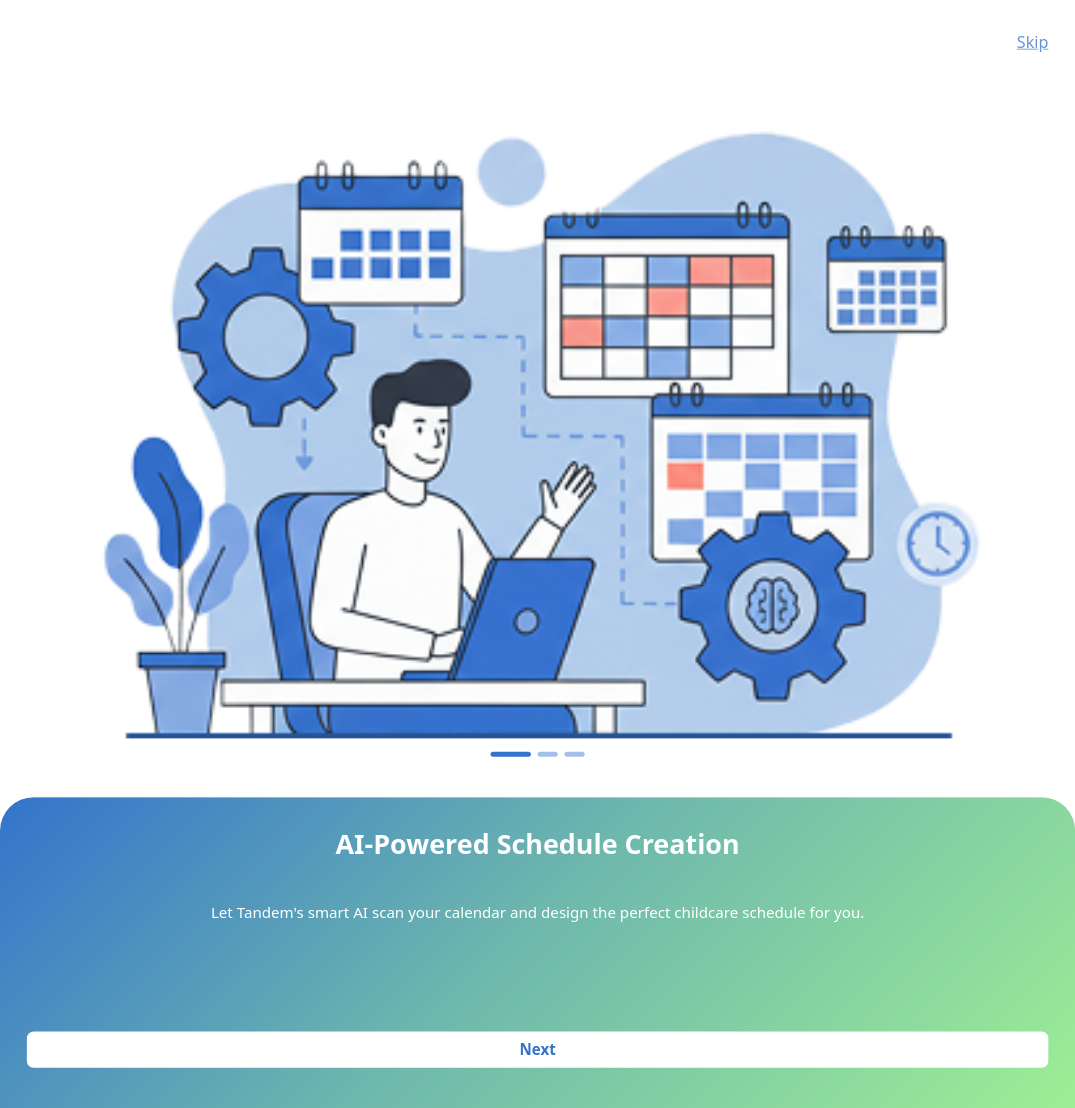
Repository: IDSP-TRADECARE/Tandem
Page: /boarding/features
The author's editor kept a copy of each file at every save. The page is drawn from the files as they stood at one save, then again after a run of saves.
The browser window is 1280 px wide. The pictures show the whole page, at 84% of full size.
The page's requests for data from a server got no answer. Some web fonts or font styles are not loaded; a fallback is used. The project was rebuilt for these pictures with package versions that can differ from the ones it lists, and the page was loaded fresh each time. Some packages were replaced by stand-ins written for this rebuild. The framework's server and built-in components were replaced by stand-ins that run in the browser. No one was signed in, and anything a server would have sent is missing. Also part of the build but not shown: next.config.ts, src/app/components/auth/AuthGuard.tsx.

Above is the page before, as saved 2025-11-23 00:28:52.

### src/app/layout.tsx
/* eslint-disable @next/next/no-page-custom-font */
import { ClerkProvider } from '@clerk/nextjs'
import { SocketProvider } from '@/lib/socket/SocketContext'
import './globals.css'
import type { Metadata } from "next";
import { AuthWrapper } from './components/auth/AuthWrapper';


export const metadata: Metadata = {
  title: "Tandem",
  description: "Share childcare with your community",
  icons: {
    icon: 'brand/logoColor.svg',
  },
};

export default function RootLayout({
  children,
}: Readonly<{
  children: React.ReactNode;
}>) {
  return (
    <ClerkProvider>
      <html lang="en">
        <head>
          {/* Omnes Pro from Adobe Fonts */}
          <link rel="stylesheet" href="https://use.typekit.net/pku8yek.css" />

          {/* Alan Sans from Google Fonts */}
          <link rel="preconnect" href="https://fonts.googleapis.com" />
          <link rel="preconnect" href="https://fonts.gstatic.com" crossOrigin="anonymous" />
          <link href="https://fonts.googleapis.com/css2?family=Alan+Sans:wght@300..900&display=swap" rel="stylesheet" />
        </head>
        <body className="antialiased">
          <SocketProvider>
            <AuthWrapper>
              {children}
            </AuthWrapper>
          </SocketProvider>
        </body>
      </html>
    </ClerkProvider>
  )
}

### src/app/boarding/features/page.tsx
"use client";
import { useState } from "react";
import { useRouter } from "next/navigation";
import styles from "./features.module.css";

const features = [
    {
        id: 1,
        title: "AI-Powered Schedule Creation",
        description:
            "Let Tandem's smart AI scan your calendar and design the perfect childcare schedule for you.",
        imgSrc: "/boarding/Graphic-ai-powered-feature1.png",
    },
    {
        id: 2,
        title: "Seamless Nanny Booking",
        description:
            "Effortlessly discover and book reliable nannies tailored to your family's needs.",
        imgSrc: "/boarding/Seamless-nanny-booking-feature2.png",
    },
    {
        id: 3,
        title: "Intelligent Nanny Sharing",
        description:
            "Team up with nearby families to share trusted nannies, cutting costs while building lasting connections.",
        imgSrc: "/boarding/Intelligent-nanny-sharing-feature3.png",
    },
];

export default function FeaturesPage() {
    const [currentIndex, setCurrentIndex] = useState(0);
    const router = useRouter();

    const handleNext = () => {
        if (currentIndex < features.length - 1) {
            setCurrentIndex(currentIndex + 1);
        } else {
            router.push("./sign-up");
        }
    };

    const handleSkip = () => {
        router.push("./sign-up");
    };

    const handlePrevious = () => {
        if (currentIndex > 0) {
            setCurrentIndex(currentIndex - 1);
        }
    };

    const currentFeature = features[currentIndex];
    const showPrevious = currentIndex > 0;

    return (
        <div className={styles.container}>
            <button
                className={styles.skipButton}
                onClick={handleSkip}
            >
                Skip
            </button>

            <div className={styles.imageSection}>
                <div className={styles.imageContainer}>
                    <img
                        src={currentFeature.imgSrc}
                        alt={`Feature ${currentFeature.id}`}
                    />
                </div>
                <div className={styles.progressDots}>
                    {features.map((_, index) => (
                        <div
                            key={index}
                            className={`${styles.dot} ${
                                index === currentIndex ? styles.active : ""
                            }`}
                        />
                    ))}
                </div>
            </div>

            <div className={styles.contentButtons}>
                <div className={styles.content}>
                    <h1 className={styles.title}>{currentFeature.title}</h1>
                    <p className={styles.description}>
                        {currentFeature.description}
                    </p>
                </div>
                <div className={styles.navigationButtons}>
                    {showPrevious && (
                        <button
                            className={styles.previousButton}
                            onClick={handlePrevious}
                        >
                            Previous
                        </button>
                    )}
                    <button
                        className={styles.nextButton}
                        onClick={handleNext}
                    >
                        Next
                    </button>
                </div>
            </div>
        </div>
    );
}

### src/lib/socket/SocketContext.tsx
'use client';

import { createContext, useContext, useEffect, useState } from 'react';
import { io, Socket } from 'socket.io-client';
import { ClientToServerEvents, ServerToClientEvents } from './types';

type TypedSocket = Socket<ServerToClientEvents, ClientToServerEvents>;

interface SocketContextType {
  socket: TypedSocket | null;
  isConnected: boolean;
}

const SocketContext = createContext<SocketContextType>({
  socket: null,
  isConnected: false,
});

export function SocketProvider({ children }: { children: React.ReactNode }) {
  const [socket, setSocket] = useState<TypedSocket | null>(null);
  const [isConnected, setIsConnected] = useState(false);

  useEffect(() => {
    const socketUrl = process.env.NEXT_PUBLIC_SOCKET_URL || 'http://localhost:3001';

    console.log('Connecting to Socket.IO server:', socketUrl);

    const socketInstance: TypedSocket = io(socketUrl, {
      transports: ['websocket', 'polling'],
    });

    socketInstance.on('connect', () => {
      console.log('✅ Socket connected:', socketInstance.id);
      setIsConnected(true);
    });

    socketInstance.on('disconnect', () => {
      console.log('❌ Socket disconnected');
      setIsConnected(false);
    });

    socketInstance.on('connect_error', (error) => {
      console.error('Socket connection error:', error);
      setIsConnected(false);
    });

    setSocket(socketInstance);

    return () => {
      socketInstance.disconnect();
    };
  }, []);

  return (
    <SocketContext.Provider value={{ socket, isConnected }}>
      {children}
    </SocketContext.Provider>
  );
}

export const useSocket = () => useContext(SocketContext);

### src/app/globals.css
@import "tailwindcss";

@theme {
  /* Font families */
  --font-family-alan: "Alan Sans", sans-serif;
  --font-family-omnes: "omnes-pro", sans-serif;

  /* Primary Colors */
  --color-primary: #3373cc;
  --color-primary-lighter: #a3c0e8;
  --color-primary-light: #91b3e3;
  --color-primary-light-hover: #91b3e3;
  --color-primary-light-active: #7aa4de;
  --color-primary-hover: #2b62ad;
  --color-primary-active: #255495;
  --color-primary-dark: #122847;
  --color-primary-dark-hover: #0d1d33;
  --color-primary-dark-active: #060d16;

  /* Secondary Colors */
  --color-secondary: #92f189;
  --color-secondary-lighter: #cef9ca;
  --color-secondary-light: #c4f7bf;
  --color-secondary-light-hover: #c4f7bf;
  --color-secondary-light-active: #b8f6b2;
  --color-secondary-hover: #7ccd74;
  --color-secondary-active: #6bb064;
  --color-secondary-dark: #335430;
  --color-secondary-dark-hover: #253c22;
  --color-secondary-dark-active: #101b0f;

  /* Analogous Colors */
  --color-analogous: #68d5ff;
  --color-analogous-lighter: #bbecff;
  --color-analogous-light: #ade8ff;
  --color-analogous-light-hover: #ade8ff;
  --color-analogous-light-active: #9de4ff;
  --color-analogous-hover: #58b5d9;
  --color-analogous-active: #4c9bba;
  --color-analogous-dark: #244b59;
  --color-analogous-dark-hover: #1a3540;
  --color-analogous-dark-active: #0b171c;

  /* Success */
  --color-success: #95b548;

  /* Warning */
  --color-warning: #d78f26;

  /* Error */
  --color-error: #c43535;

  /* Neutral Colors */
  --color-neutral-50: #e6e6e8;
  --color-neutral-100: #b0b0b8;
  --color-neutral-200: #8a8a96;
  --color-neutral-300: #545466;
  --color-neutral-400: #333349;
  --color-neutral-500: #00001b;
  --color-neutral-600: #000019;
  --color-neutral-700: #000013;
  --color-neutral-800: #00000f;
  --color-neutral-900: #00000b;
}

@layer base {
  :root {
    /* Semantic mappings for shadcn */
    --background: 0 0% 100%;
    --foreground: var(--color-neutral-500);
    --card: 0 0% 100%;
    --card-foreground: var(--color-neutral-500);
    --popover: 0 0% 100%;
    --popover-foreground: var(--color-neutral-500);
    --primary-foreground: 0 0% 98%;
    --secondary-foreground: var(--color-neutral-500);
    --muted: var(--color-neutral-50);
    --muted-foreground: var(--color-neutral-300);
    --accent: var(--color-analogous-light);
    --accent-foreground: var(--color-neutral-500);
    --destructive: var(--color-error);
    --destructive-foreground: 0 0% 98%;
    --border: var(--color-neutral-100);
    --input: var(--color-neutral-100);
    --ring: var(--color-primary);
    --radius: 0.5rem;
    --gradient-primary: linear-gradient(135deg, #3373CC 0%, #6DB6AE 46%, #9DEE95 100%);
  }

  .dark {
    --background: var(--color-neutral-500);
    --foreground: 0 0% 98%;
    --card: var(--color-neutral-400);
    --card-foreground: 0 0% 98%;
    --popover: var(--color-neutral-400);
    --popover-foreground: 0 0% 98%;
    --primary-foreground: var(--color-neutral-500);
    --secondary-foreground: 0 0% 98%;
    --muted: var(--color-neutral-300);
    --muted-foreground: var(--color-neutral-100);
    --accent: var(--color-analogous-dark);
    --accent-foreground: 0 0% 98%;
    --destructive-foreground: 0 0% 98%;
    --border: var(--color-neutral-300);
    --input: var(--color-neutral-300);
    --ring: var(--color-primary-light);
    --gradient-primary: linear-gradient(135deg, #3373CC 0%, #6DB6AE 46%, #9DEE95 100%);
  }

  /* Font utilities */
  .font-alan {
    font-family: var(--font-family-alan);
    font-optical-sizing: auto;
  }

  .font-omnes {
    font-family: var(--font-family-omnes);
  }
}

/* FullCalendar Custom Styles */
.fullcalendar-container {
  font-family: inherit;
}

.fc {
  font-size: 14px;
}

.fc .fc-toolbar-title {
  font-size: 1.5rem;
  font-weight: 700;
  color: var(--color-primary);
}

.fc .fc-button {
  background-color: var(--color-primary);
  border-color: var(--color-primary);
  color: white;
  border-radius: 8px;
  padding: 6px 12px;
  font-weight: 600;
}

.fc .fc-button:hover {
  background-color: var(--color-primary-hover);
  border-color: var(--color-primary-hover);
}

.fc .fc-button-active {
  background-color: var(--color-primary-dark);
  border-color: var(--color-primary-dark);
}

.fc .fc-col-header-cell {
  background-color: var(--color-neutral-50);
  padding: 12px;
  font-weight: 600;
  color: var(--color-primary);
}

.fc .fc-daygrid-day-number {
  font-weight: 600;
  color: var(--color-primary);
  padding: 8px;
}

.fc .fc-daygrid-day.fc-day-today {
  background-color: var(--color-primary-lighter) !important;
}

.fc .fc-event {
  border-radius: 6px;
  padding: 4px 6px;
  font-size: 12px;
  font-weight: 600;
  cursor: pointer;
}

.fc .fc-timegrid-event {
  border-radius: 6px;
  padding: 4px;
}

.fc .fc-timegrid-slot {
  height: 3em;
}

.fc .fc-scrollgrid {
  border-color: var(--neutral-100) !important;
}

@layer utilities {
  .bg-gradient-primary {
    background: var(--gradient-primary);
  }
}

### src/app/components/auth/AuthWrapper.tsx
'use client';

import { usePathname } from 'next/navigation';
import { AuthGuard } from './AuthGuard';

export function AuthWrapper({ children }: { children: React.ReactNode }) {
  const pathname = usePathname();

  // Routes that don't require authentication
  const publicRoutes = ['/boarding/features', '/sign-in', '/sign-up'];
  const isPublicRoute = pathname === '/' || publicRoutes.some(route => pathname?.startsWith(route));

  if (isPublicRoute) {
    return <>{children}</>;
  }

  return <AuthGuard>{children}</AuthGuard>;
}

### src/app/boarding/features/features.module.css
.container {
    min-height: 100vh;
    display: flex;
    flex-direction: column;
    background: #fff;
}

.skipButton {
    position: absolute;
    top: 1.75rem;
    right: 1rem;
    background: none;
    border: none;
    color: var(--color-primary);
    font-size: 1.2rem;
    cursor: pointer;
    z-index: 10;
    padding: 0.5rem 1rem;
    text-decoration: underline;
    opacity: 0.75;
}

.imageSection {
    flex: 1;
    display: flex;
    flex-direction: column;
    align-items: center;
    justify-content: center;
    background: #fff;
    padding: 2rem 0;
    position: relative;
    overflow: hidden;
}

.imageContainer {
    flex: 1;
    display: flex;
    align-items: center;
    justify-content: center;
    width: 100%;
    padding: 0 1rem;
}

.imageContainer img {
    width: 120%;
    max-width: none;
    height: auto;
    object-fit: contain;
}

.progressDots {
    display: flex;
    gap: 0.5rem;
    justify-content: center;
    padding: 1rem 0;
}

.dot {
    width: 1.5rem;
    height: 0.375rem;
    border-radius: 0.25rem;
    background-color: var(--color-primary-lighter);
    transition: all 0.5s;
}

.dot.active {
    background: var(--color-primary);
    width: 3rem;
}

.contentButtons {
    background: var(--gradient-primary);
    border-top-left-radius: 2.5rem;
    border-top-right-radius: 2.5rem;
    padding: 2rem;
    width: 100%;
    display: flex;
    flex-direction: column;
    gap: 8rem;
}

.content {
    display: flex;
    flex-direction: column;
    align-items: center;
    text-align: center;
}

.title {
    font-size: 2rem;
    font-weight: bold;
    color: #fff;
    margin-bottom: 2.75rem;
}

.description {
    font-size: 1.125rem;
    color: #fff;
    margin-bottom: 0;
}

.navigationButtons {
    display: flex;
    gap: 1rem;
    width: 100%;
    margin-bottom: 1rem;
}

.previousButton {
    flex: 1;
    padding: 0.5rem;
    background: rgba(255, 255, 255, 0.2);
    color: #fff;
    border: 1px solid #fff;
    border-radius: 0.5rem;
    font-size: 1.125rem;
    font-weight: bold;
    cursor: pointer;
    transition: all 0.3s;
}

.previousButton:hover {
    background: rgba(255, 255, 255, 0.3);
}

.previousButton:active {
    opacity: 0.8;
}

.nextButton {
    flex: 1;
    padding: 0.5rem;
    background: #fff;
    color: var(--color-primary);
    border: none;
    border-radius: 0.5rem;
    font-size: 1.125rem;
    font-weight: bold;
    cursor: pointer;
    transition: opacity 0.3s;
}

.nextButton:hover {
    opacity: 0.9;
}

.nextButton:active {
    opacity: 0.8;
}

After the next 3 saves:
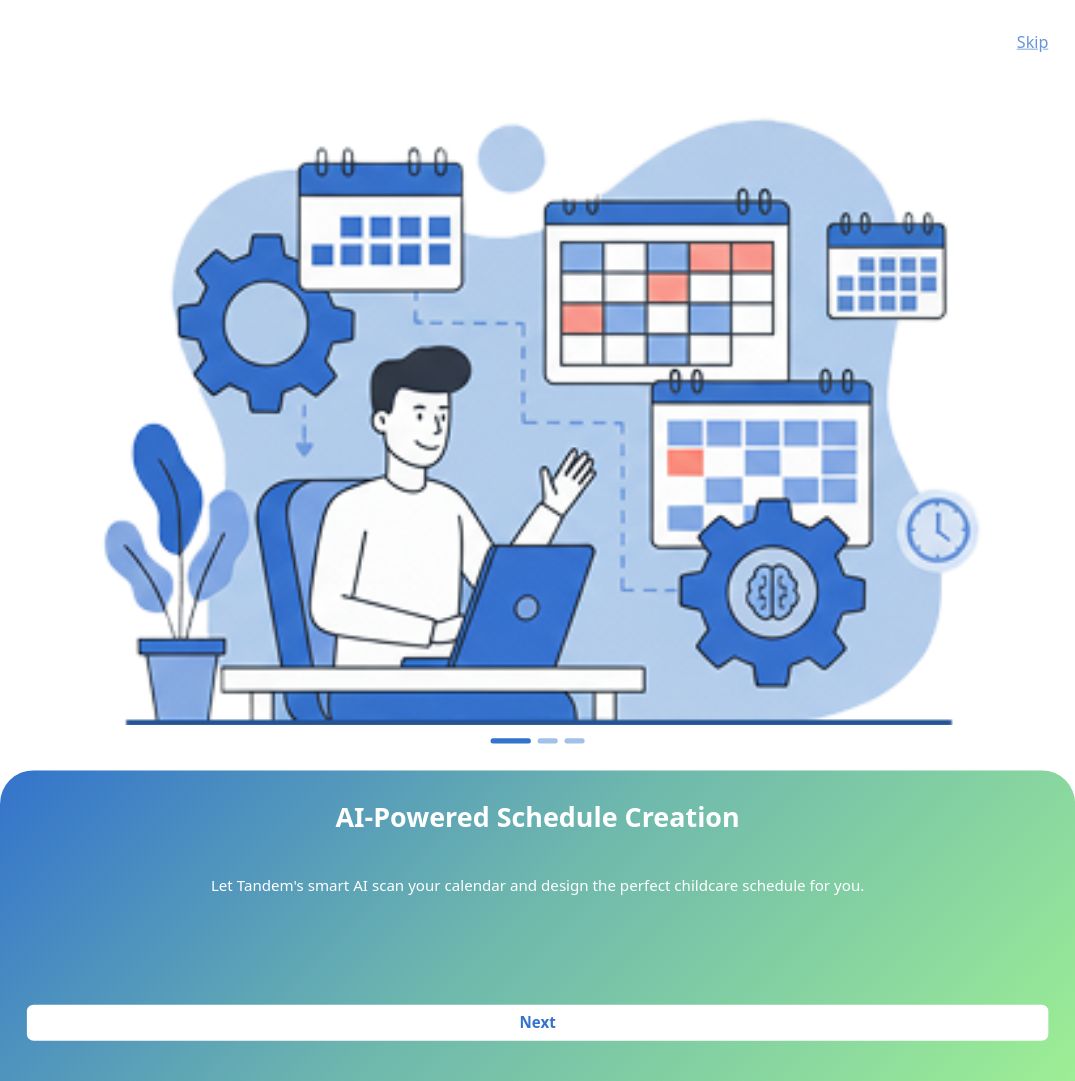
The 3 saves are shown as one change because they came seconds apart.
The last was saved 28 s later.
--- a/src/app/boarding/features/features.module.css
+++ b/src/app/boarding/features/features.module.css
@@ -27,7 +27,7 @@
     align-items: center;
     justify-content: center;
     background: #fff;
-    padding: 2rem 0;
+    padding: 1rem 0;
     position: relative;
     overflow: hidden;
 }
